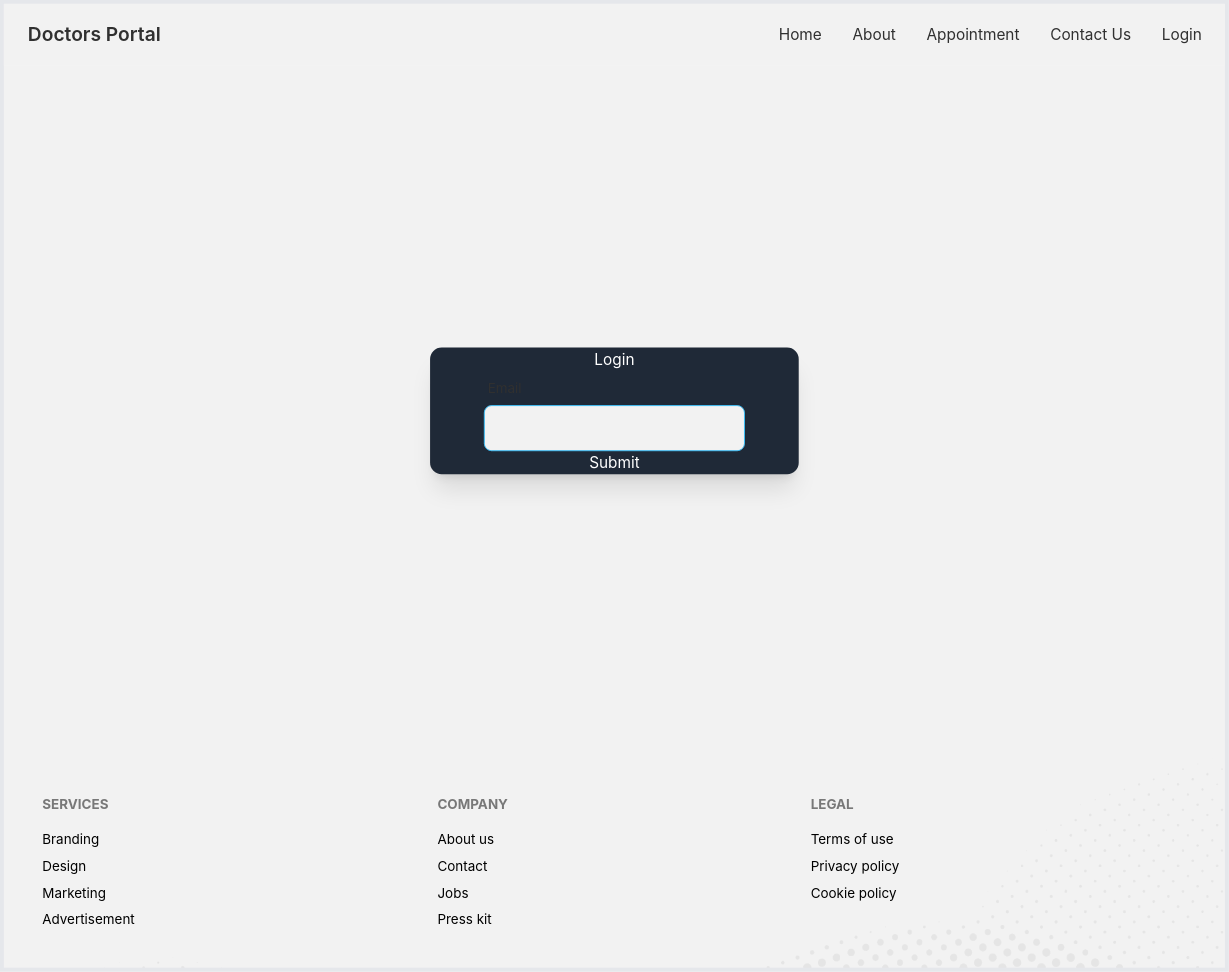
Repository: Samad77/Doctorportal-Client
Page: /login
An editor plug-in stored every save of this project. The page is shown before and after the next save, followed by the edit.
The browser window is 1280 px wide. The pictures show the whole page, at 96% of full size.
The project was rebuilt for these pictures with package versions that can differ from the ones it lists, and the page was loaded fresh each time. Also part of the build but not shown: src/Pages/Appointment/BookingModal/BookingModal.js, src/Pages/Appointment/AppoinmentCard/AppoinmentCard.js, src/Pages/Appointment/AppointmentBanner/AppointmentBanner.js, src/Pages/Appointment/AvailavleAppoinment/AvailableAppoinment.js, src/Pages/Appointment/Appoinment/Appoinment.js, src/Components/PrimaryButton/PrimaryButton.js, src/Pages/Home/Banner/Banner.js, src/Pages/Home/Cards/Cards.js and 5 more.

Above is the page before, as saved 2022-11-15 11:22:13.

After the next save:
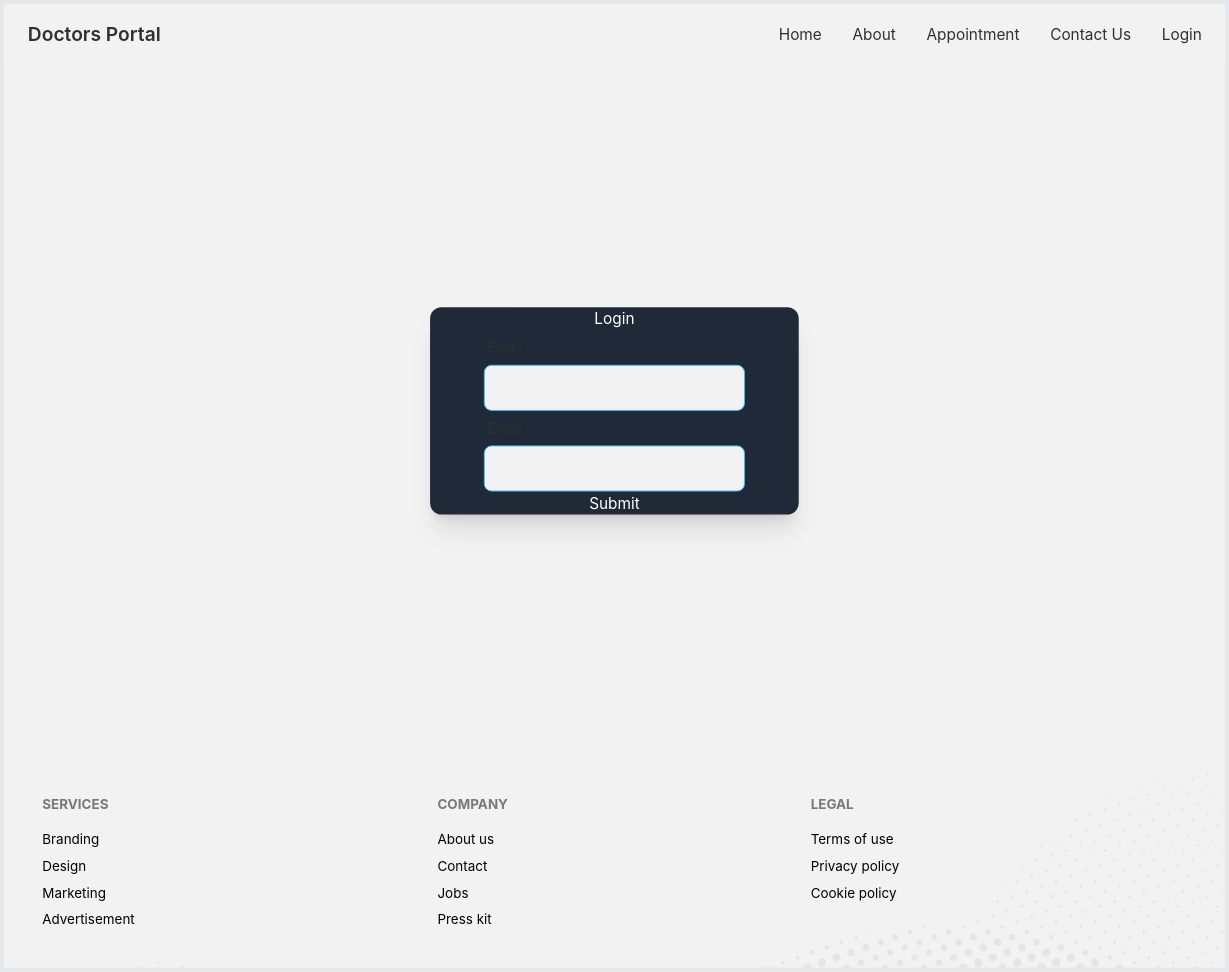
Saved 22 s later.
--- a/src/Pages/Login/Login.js
+++ b/src/Pages/Login/Login.js
@@ -10,6 +10,13 @@ const Login = () => {
 
             <form onSubmit={handleSubmit((data) => setData(JSON.stringify(data)))} className=" rounded-xl shadow-xl bg-gray-800 text-white w-96 px-14">
                 <h1 className=''>Login</h1>
+                <div className="form-control">
+                    <label className="label">
+                        <span className="label-text">Email</span>
+                    </label>
+                    <input type="text" {...register("Email")} className="input input-bordered- w-full max-w-xs input-info "/>
+                </div>
+
                 <div className="form-control">
                     <label className="label">
                         <span className="label-text">Email</span>
